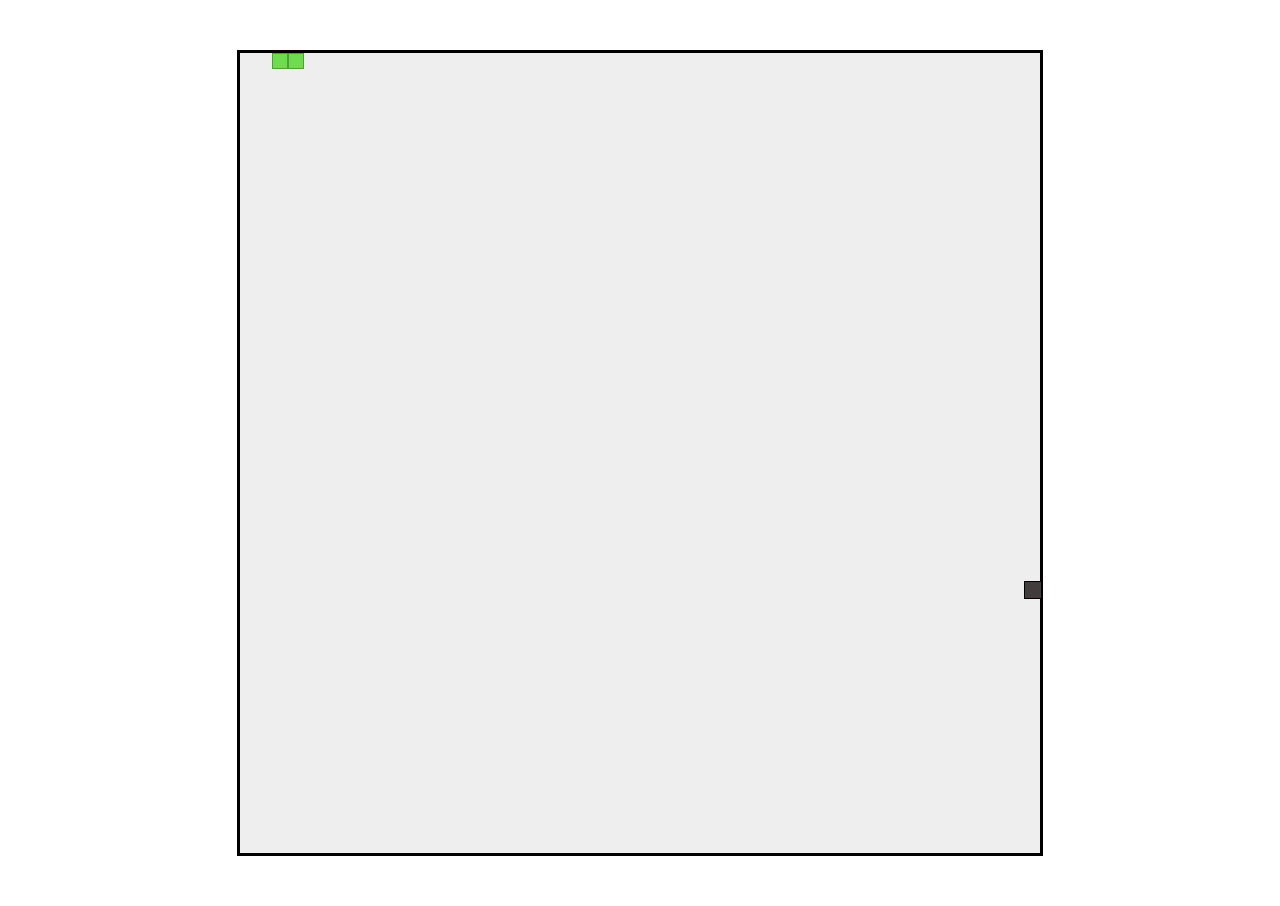
Repository: Krashgul/React_Snake_Game
Page: /
The author's editor kept a copy of each file at every save. The page is drawn from the files as they stood at one save, then again after the next save.
The browser window is 1280 px wide. The pictures show the whole page.
The project was rebuilt for these pictures with package versions that can differ from the ones it lists, and the page was loaded fresh each time.

Above is the page before, as saved 2021-03-02 00:32:40.

### src/index.css
.game-area {
  position: relative;
  margin: 50px auto;
  width: 800px;
  height: 800px;
  background-color: #eee;
  border: 3px solid #000;
}

.snake-dot {
  position: absolute;
  width: 2%;
  height: 2%;
  background-color: rgb(111, 219, 78);
  border: 1px solid rgb(75, 161, 49);
  z-index: 2;
  box-sizing: border-box;
}

.snake-food {
  position: absolute;
  width: 2%;
  height: 2%;
  background: rgb(66, 60, 60);
  border: 1px solid #000;
  z-index: 1;
}

### src/App.js
import React, { Component } from 'react';
import Snake from './Snake';
import Food from './Food';

const getRandomCoordinates = () => {
  let min = 1;
  let max = 98;
  let x = Math.floor((Math.random()*(max-min+1)+min)/2)*2;
  let y =  Math.floor((Math.random()*(max-min+1)+min)/2)*2;
  return [x,y]
}

const initialState = {
  food: getRandomCoordinates(),
  speed: 50,
  direction: 'RIGHT',
  snakeDots: [
    [0,0],
    [2,0]
  ]
}

class App extends Component {

  state = initialState;

  componentDidMount() {
    setInterval(this.moveSnake, this.state.speed);
    document.onkeydown = this.onKeyDown;
  }

  componentDidUpdate() {
    this.checkIfOutOfBorders();
    this.checkIfCollapsed();
    this.checkIfEat();
  }

  onKeyDown = (e) => {
    e = e || window.event;
    switch (e.keyCode) {
      case 38:
        this.setState({direction: 'UP'});
        break;
      case 40:
        this.setState({direction: 'DOWN'});
        break;
      case 37:
        this.setState({direction: 'LEFT'});
        break;
      case 39:
        this.setState({direction: 'RIGHT'});
        break;
    }
  }

  moveSnake = () => {
    let dots = [...this.state.snakeDots];
    let head = dots[dots.length - 1];

    switch (this.state.direction) {
      case 'RIGHT':
        head = [head[0] + 2, head[1]];
        break;
      case 'LEFT':
        head = [head[0] - 2, head[1]];
        break;
      case 'DOWN':
        head = [head[0], head[1] + 2];
        break;
      case 'UP':
        head = [head[0], head[1] - 2];
        break;
    }
    dots.push(head);
    dots.shift();
    this.setState({
      snakeDots: dots
    })
  }

  checkIfOutOfBorders() {
    let head = this.state.snakeDots[this.state.snakeDots.length - 1];
    if (head[0] >= 100 || head[1] >= 100 || head[0] < 0 || head[1] < 0) {
      this.onGameOver();
    }
  }

  checkIfCollapsed() {
    let snake = [...this.state.snakeDots];
    let head = snake[snake.length - 1];
    snake.pop();
    snake.forEach(dot => {
      if (head[0] == dot[0] && head[1] == dot[1]) {
        this.onGameOver();
      }
    })
  }

  checkIfEat() {
    let head = this.state.snakeDots[this.state.snakeDots.length - 1];
    let food = this.state.food;
    if (head[0] == food[0] && head[1] == food[1]) {
      this.setState({
        food: getRandomCoordinates()
      })
      this.enlargeSnake();
      this.increaseSpeed();
    }
  }

  enlargeSnake() {
    let newSnake = [...this.state.snakeDots];
    newSnake.unshift([])
    this.setState({
      snakeDots: newSnake
    })
  }

  increaseSpeed() {
    if (this.state.speed > 10) {
      this.setState({
        speed: this.state.speed - 10
      })
    }
  }

  onGameOver() {
    alert(`Game Over. Snake length is ${this.state.snakeDots.length}`);
    this.setState(initialState)
  }

  render() {
    return (
      <div className="game-area">
        <Snake snakeDots={this.state.snakeDots}/>
        <Food dot={this.state.food}/>
      </div>
    );
  }
}

export default App;

### src/Snake.js
import React from 'react';

export default (props) => {
  return (
    <div>
      {props.snakeDots.map((dot, i) => {
        const style = {
          left: `${dot[0]}%`,
          top: `${dot[1]}%`
        }
        return (
          <div className="snake-dot" key={i} style={style}></div>
        )
      })}
    </div>
  )
}

Loaded but not shown: public/index.html (common file); src/index.js (common file); src/serviceWorker.js (common file); src/Food.js (common file)

After the next save:
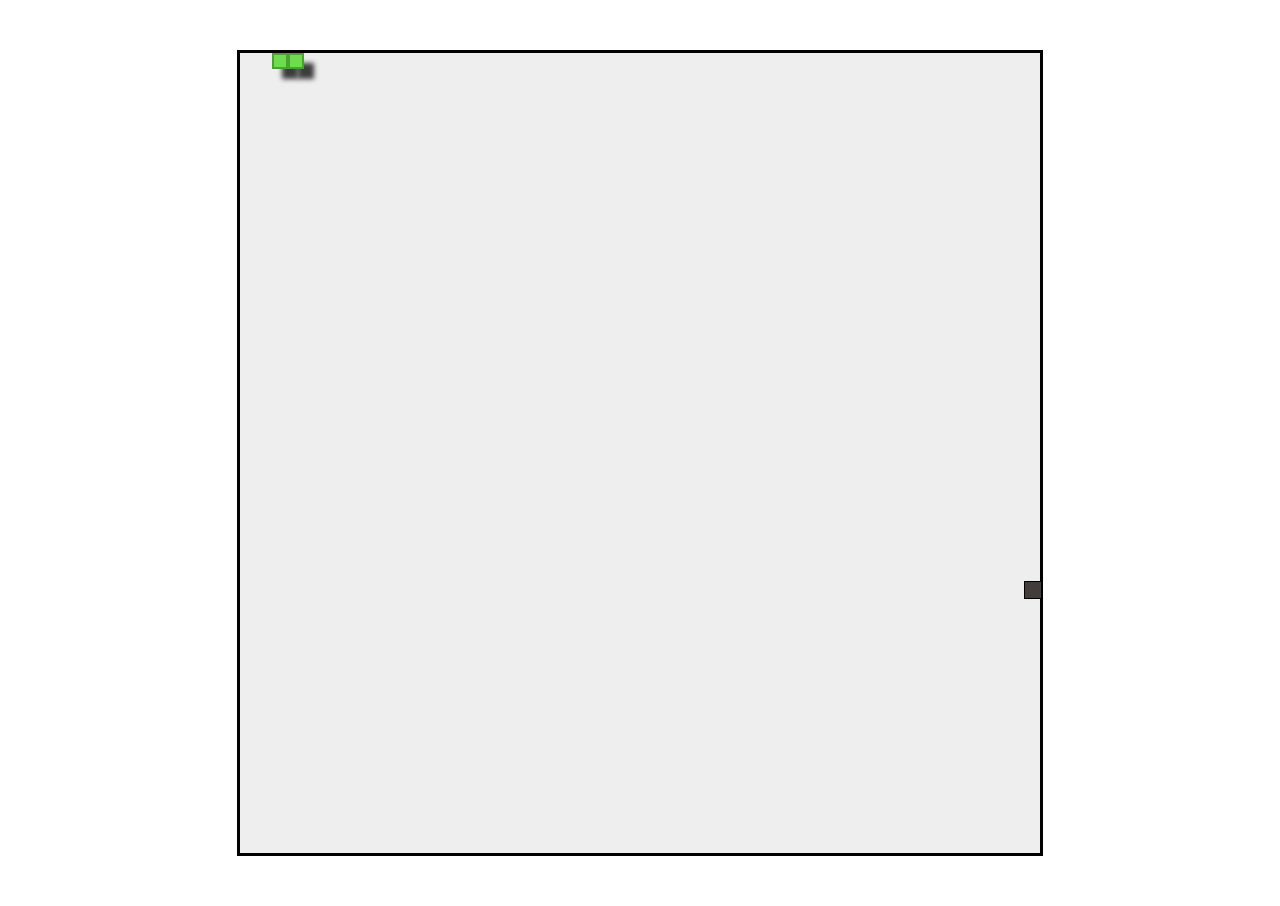
Saved 104 s later.
--- a/src/index.css
+++ b/src/index.css
@@ -12,7 +12,10 @@
   width: 2%;
   height: 2%;
   background-color: rgb(111, 219, 78);
-  border: 1px solid rgb(75, 161, 49);
+  border: 2px solid rgb(75, 161, 49);
+  -webkit-box-shadow: 10px 10px 5px 0px rgba(0, 0, 0, 0.75);
+  -moz-box-shadow: 10px 10px 5px 0px rgba(0, 0, 0, 0.75);
+  box-shadow: 10px 10px 5px 0px rgba(0, 0, 0, 0.75);
   z-index: 2;
   box-sizing: border-box;
 }
